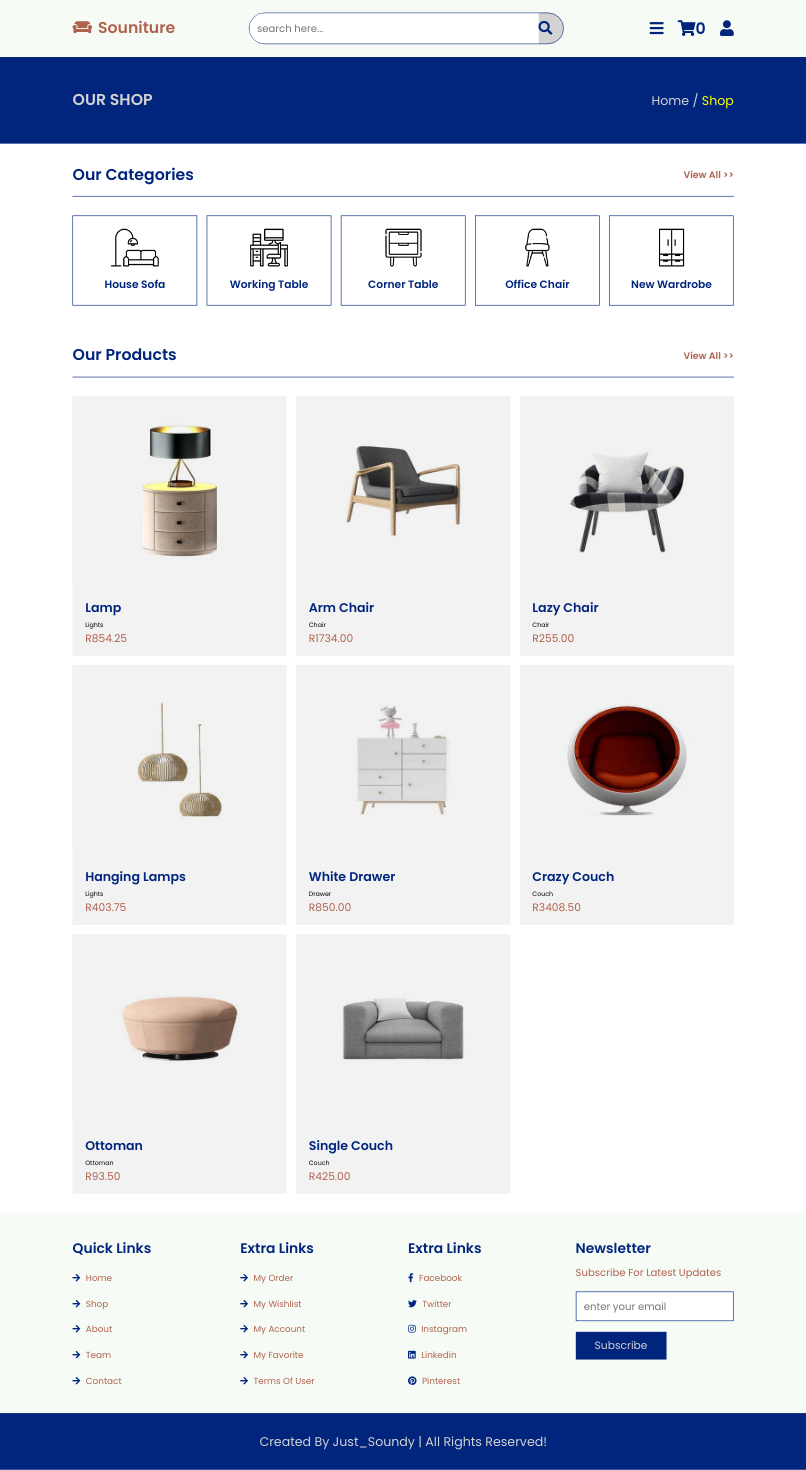
Repository: spencersoundy/furniture-store
Page: shop.html
The author's editor kept a copy of each file at every save. The page is drawn from the files as they stood at one save, then again after a run of saves.
The browser window is 1280 px wide. The pictures show the whole page, at 63% of full size.

Above is the page before, as saved 2023-05-04 17:27:58.

### shop.html
<!DOCTYPE html>
<html lang="en">
<head>
    <meta charset="UTF-8">
    <meta http-equiv="X-UA-Compatible" content="IE=edge">
    <meta name="viewport" content="width=device-width, initial-scale=1.0">
    <title>shop</title>

    <!-- font awesome cdn link  -->
    <link rel="stylesheet" href="https://cdnjs.cloudflare.com/ajax/libs/font-awesome/5.15.4/css/all.min.css">

    <!-- custom css file link  -->
    <link rel="stylesheet" href="css/style.css">

</head>
<body>

<!-- header section starts  -->

<header class="header">

    <a href="home.html" class="logo"> <i class="fas fa-couch"></i> Souniture </a>

    <form action="" class="search-form">
        <input type="search" placeholder="search here..." id="search-box">
        <label for="search-box" class="fas fa-search"></label>
    </form>

    <div class="icons">
        <div id="menu-btn" class="fas fa-bars"></div>
        <div id="search-btn" class="fas fa-search"></div>
        <div id="cart-btn" class="fas fa-shopping-cart"><span id="cart-count-info"></span></div>
        <div id="login-btn" class="fas fa-user"></div>
    </div>

</header>

<!-- header section ends  -->

<!-- closer btn  -->

<div id="closer" class="fas fa-times"></div>

<!-- navbar  -->

<nav class="navbar">
    <a href="home.html">home</a>
    <a href="shop.html">shop</a>
    <a href="about.html">about</a>
    <a href="team.html">team</a>
    <a href="contact.html">contact</a>
</nav>

<!-- shopping cart  -->

<div class="shopping-cart">
    <div class="cart-list">
    <!--Single item-->
    <!-- <div class="box">
        <i class="fas fa-times"></i>
        <img src="image/cart-img-1.jpg" alt="">
        <div class="content">
            <h3>morden furniture</h3>
            <span class="quantity"> 1 </span>
            <span class="multiply"> x </span>
            <span class="price"> $140.00 </span>
        </div>
    </div>-->
    </div>

        <div>
            <h3 class="cart-total">Total:R</h3>
            <span id="cart-total-value"></span>
            </div>
    <a href="#" class="btn">checkout cart</a>

</div>

<!-- login form  -->

<div class="login-form">

    <form action="">
        <h3>login form</h3>
        <input type="email" placeholder="enter your email" class="box">
        <input type="password" placeholder="enter your password" class="box">
        <div class="remember">
            <input type="checkbox" name="" id="remember-me">
            <label for="remember-me">remember me</label>
        </div>
        <input type="submit" value="login now" class="btn">
        <p>forget password? <a href="#">click here</a></p>
        <p>don't have an account? <a href="#">create now</a></p>
    </form>

</div>

<section class="heading">
    <h3>our shop</h3>
    <p> <a href="home.html">home</a> / <span>shop</span> </p>
</section>

<section class="category">

    <h1 class="title"> <span>our categories</span> <a href="#">view all >></a> </h1>

    <div class="box-container">

        <a href="#" class="box">
            <img src="image/icon-1.png" alt="">
            <h3>house sofa</h3>
        </a>

        <a href="#" class="box">
            <img src="image/icon-2.png" alt="">
            <h3>working table</h3>
        </a>

        <a href="#" class="box">
            <img src="image/icon-3.png" alt="">
            <h3>corner table</h3>
        </a>

        <a href="#" class="box">
            <img src="image/icon-4.png" alt="">
            <h3>office chair</h3>
        </a>

        <a href="#" class="box">
            <img src="image/icon-5.png" alt="">
            <h3>new wardrobe</h3>
        </a>

    </div>

</section>

<section class="products">

    <h1 class="title"> <span>our products</span> <a href="#">view all >></a> </h1>

    <div class="box-container" id="box-container">
        <!---->
        <div class = "box">
            <div class = "image">
                <img src = "${product.imgSrc}" alt = "product image">
                <button type = "button" class = "add-to-cart-btn">
                    <i class = "fas fa-shopping-cart"></i>Add To Cart
                </button>
            </div>

            <div class = "content">
                <h3 class = "product-name">${product.name}</h3>
                <span class = "product-category">${product.category}</span>
                <p class = "price">R${product.price}</p>
            </div>
        </div>

    </div>

</section>




















<!-- footer section  -->

<section class="footer">

    <div class="box-container">

        <div class="box">
            <h3>quick links</h3>
            <a href="home.html"> <i class="fas fa-arrow-right"></i> home</a>
            <a href="shop.html"> <i class="fas fa-arrow-right"></i> shop</a>
            <a href="about.html"> <i class="fas fa-arrow-right"></i> about</a>
            <a href="team.html"> <i class="fas fa-arrow-right"></i> team</a>
            <a href="contact.html"> <i class="fas fa-arrow-right"></i> contact</a>
        </div>

        <div class="box">
            <h3>extra links</h3>
            <a href="#"> <i class="fas fa-arrow-right"></i> my order</a>
            <a href="#"> <i class="fas fa-arrow-right"></i> my wishlist</a>
            <a href="#"> <i class="fas fa-arrow-right"></i> my account</a>
            <a href="#"> <i class="fas fa-arrow-right"></i> my favorite</a>
            <a href="#"> <i class="fas fa-arrow-right"></i> terms of user</a>
        </div>

        <div class="box">
            <h3>extra links</h3>
            <a href="https://www.facebook.com"> <i class="fab fa-facebook-f"></i> facebook</a>
            <a href="https://wwww.twitter.com"> <i class="fab fa-twitter"></i> twitter</a>
            <a href="https://www.instagram.com"> <i class="fab fa-instagram"></i> instagram</a>
            <a href="http://wwww.linkedin.com"> <i class="fab fa-linkedin"></i> linkedin</a>
            <a href="http://wwww.pinterest.com"> <i class="fab fa-pinterest"></i> pinterest</a>
        </div>

        <div class="box">
            <h3>newsletter</h3>
            <p>subscribe for latest updates</p>
            <form action="">
                <input type="email" name="" placeholder="enter your email" id="">
                <input type="submit" value="subscribe" class="btn">
            </form>
        </div>

    </div>

</section>

<section class="credit">
    created by Just_Soundy | all rights reserved!
</section>

<!-- custom js file link  -->
<script src="js/script.js"></script>

</body>
</html>

Loaded but not shown: furniture.json (51 lines, source omitted); js/script.js (231 lines, source omitted); css/style.css (1195 lines, source omitted)

After the next 3 saves:
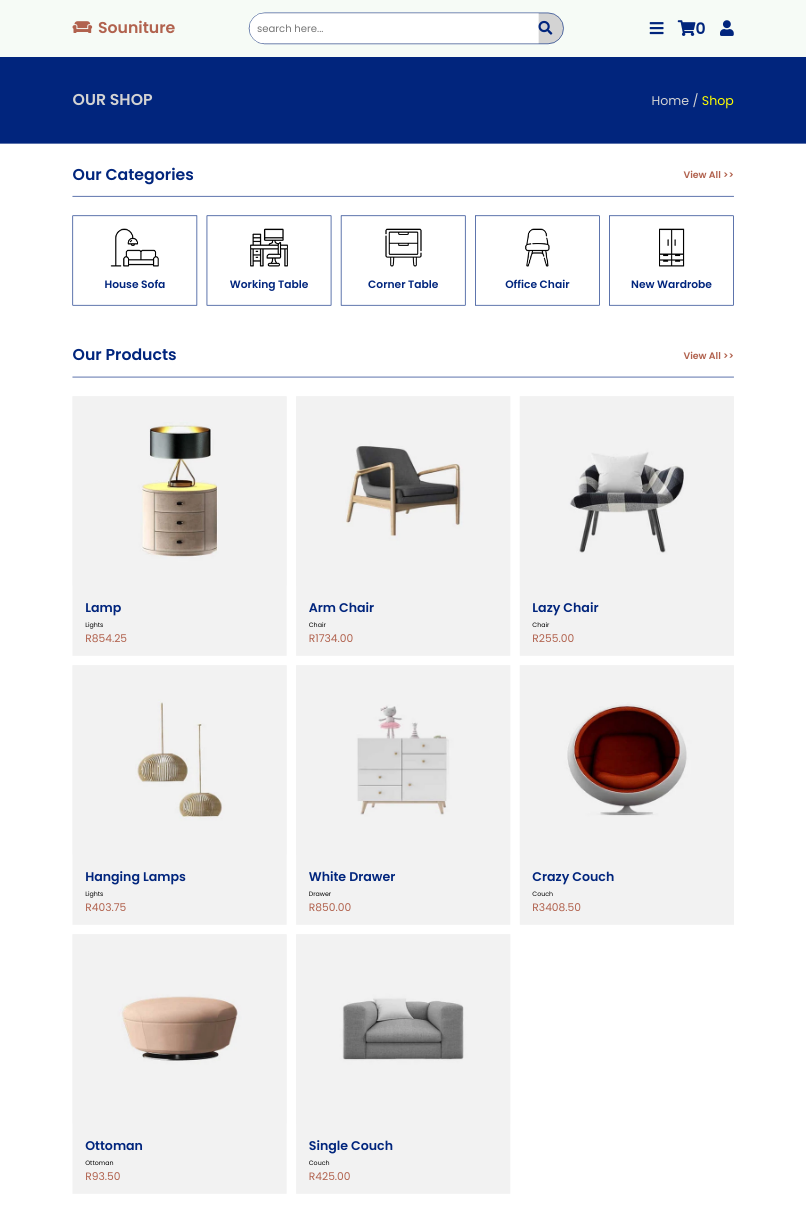
The 3 saves are shown as one change because they came seconds apart.
The last was saved 10 s later.
--- a/shop.html
+++ b/shop.html
@@ -140,7 +140,7 @@
     <h1 class="title"> <span>our products</span> <a href="#">view all >></a> </h1>
 
     <div class="box-container" id="box-container">
-        <!---->
+        <!--Single Product
         <div class = "box">
             <div class = "image">
                 <img src = "${product.imgSrc}" alt = "product image">

After the save that followed:
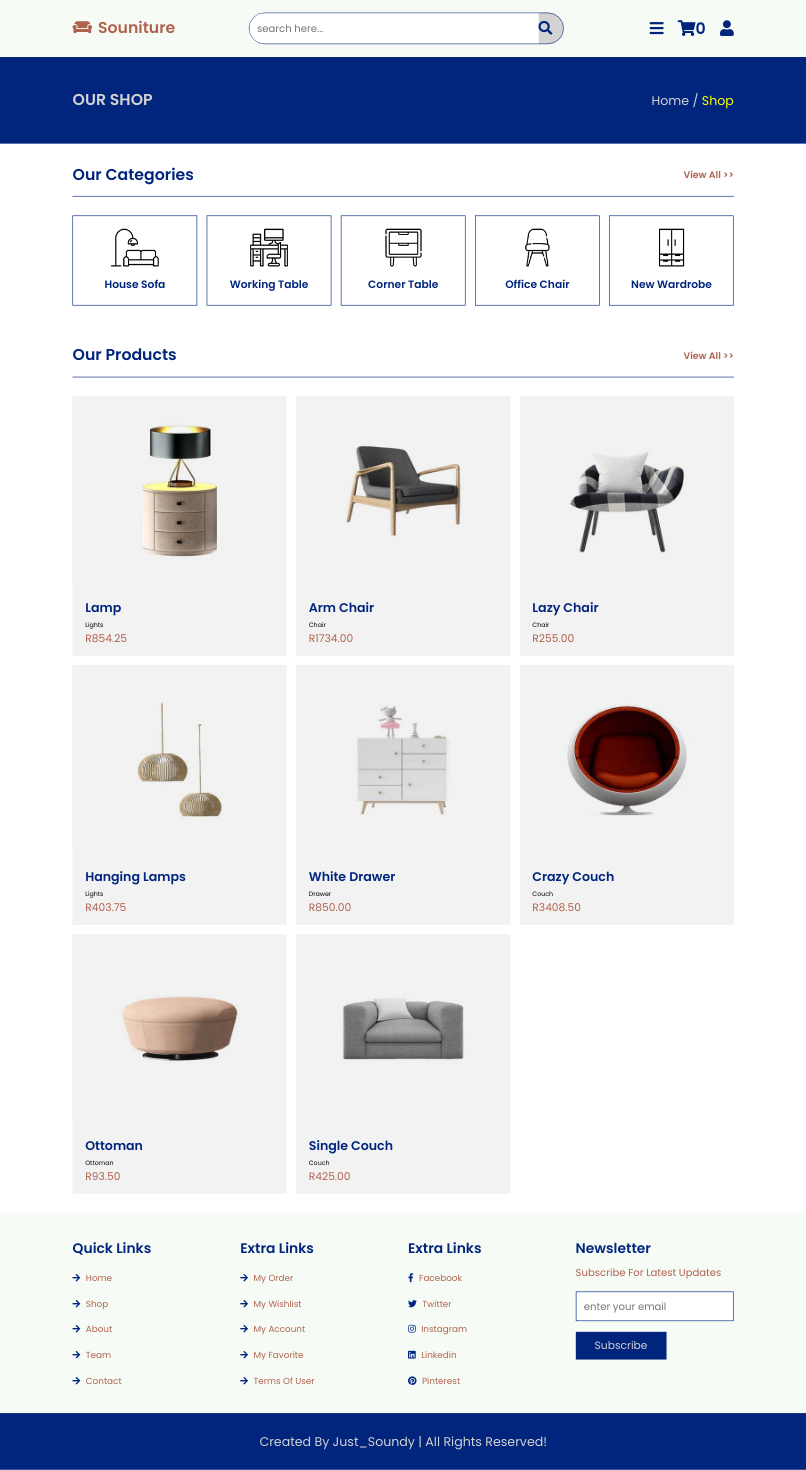
Saved 9 s later.
--- a/shop.html
+++ b/shop.html
@@ -154,7 +154,7 @@
                 <span class = "product-category">${product.category}</span>
                 <p class = "price">R${product.price}</p>
             </div>
-        </div>
+        </div> -->
 
     </div>
 
